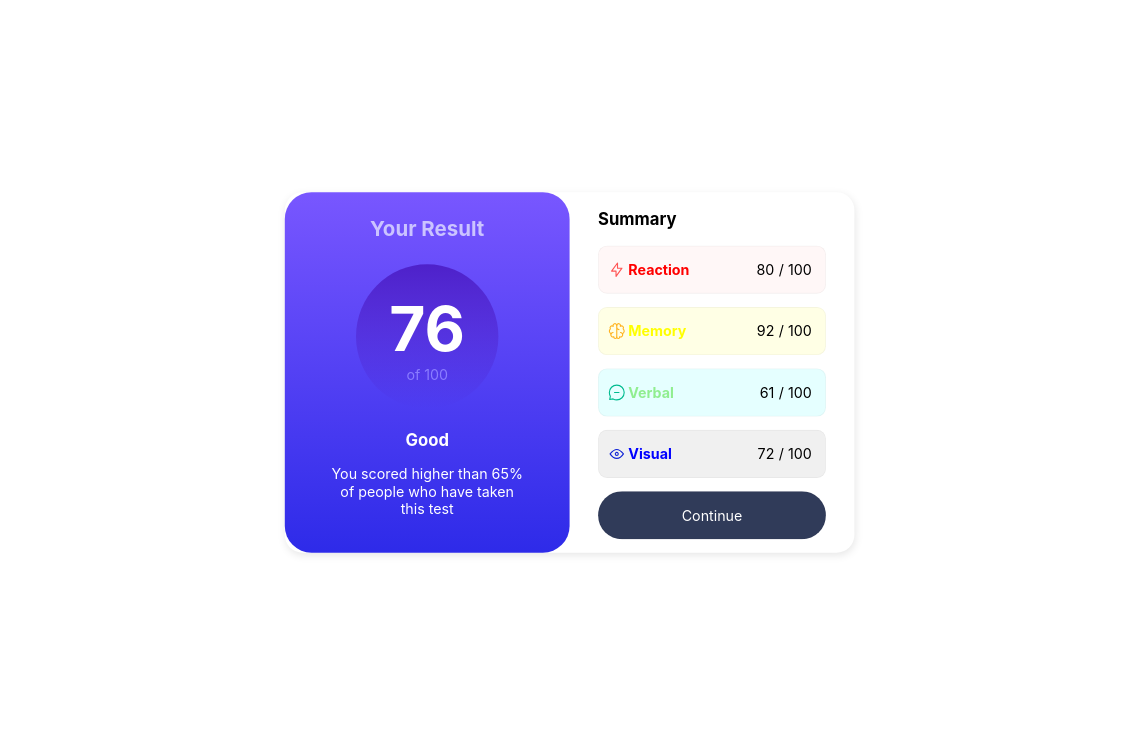
Repository: JeanPaulBassil/Result-Summary-Design
Page: /
An editor plug-in stored every save of this project. The page is shown before and after the next save, followed by the edit.
The browser window is 1280 px wide. The pictures show the whole page, at 89% of full size.
The project was rebuilt for these pictures with package versions that can differ from the ones it lists, and the page was loaded fresh each time.

Above is the page before, as saved 2023-02-24 18:28:41.

### src/index.css
body {
  margin: 0;
  font-family: -apple-system, BlinkMacSystemFont, 'Segoe UI', 'Roboto', 'Oxygen',
    'Ubuntu', 'Cantarell', 'Fira Sans', 'Droid Sans', 'Helvetica Neue',
    sans-serif;
  -webkit-font-smoothing: antialiased;
  -moz-osx-font-smoothing: grayscale;
}

code {
  font-family: source-code-pro, Menlo, Monaco, Consolas, 'Courier New',
    monospace;
}

.app{
  width: 50vw;
  height: 100vh;
  box-shadow: 1px 3px 10px rgba(0, 0, 0, .1);
  border-radius: 20px;
  display: block;
  margin: 30vh auto;
  display: grid;
  grid-template-columns: minmax(250px, 1fr) minmax(250px, 1fr);
  height: auto;
}

@media (max-width: 1125){

}

### src/App.js
import Result from "./Components/Result/Result"
import Summary from "./Components/Summary/Summary"

export default function App() {
    return (
        <div className="app">
            <Result />
            <Summary />
        </div>
    )
};

### src/Components/Result/Result.js
import Description from "../Description/Description";
import Grade from "../Grade/Grade";
import data from "../../data.json";
import "./Result.css"

export default function Result() {
    const score = Math.floor(data.reduce((totalGrade, category) => totalGrade + category.score , 0) / data.length)

    return (
        <div className="result">
            <h3>Your Result</h3>
            <Grade score={score}/>
            <Description score={score}/>
        </div>
    )
};

### src/Components/Summary/Summary.js
import data from "../../data.json"
import './Summary.css'

export default function Summary() {
    const summary = data.map(part => {
        return (
            <div className={`part ${part.color}`}>
                <div>
                    <img className="icon" src={part.icon} alt={part.category}/>
                    <h4>{part.category}</h4>
                </div>
                <div className="secGrade">
                    <p>{part.score}</p>
                    <p>/ 100</p>
                </div>
            </div>
        )
    })

    return (
        <div className="summary">
            <h3>Summary</h3>
            <div>
                {summary}
            </div>
            <div className="button">
                <p>Continue</p>
            </div>
        </div>
    )
};

### src/Components/Description/Description.js
import "./Description.css"

export default function Description({score}) {
    const performance = _ => {
        if (score >= 90) return ['Excellent', `You scored higher than 85% of people who have taken this test`]
        else if (score >= 80) return ['Great', `You scored higher than 75% of people who have taken this test`]
        else if (score >= 70) return ['Good', `You scored higher than 65% of people who have taken this test`]
        else if (score >= 60) return ['Not enough', `You're above nearly half the people who have taken this test`]
        else return ['Fail', `Most people who have taken this test passed over you`]
    }

    return (
        <div className="description">
            <h3>{performance()[0]}</h3>
            <p>{performance()[1]}</p>
        </div>
    )
};

### src/Components/Grade/Grade.js
import "./Grade.css"

export default function Grade({score}) {
    return (
        <div className="grade">
            <h1>{score}</h1>
            <p>of 100</p>
        </div>
    )
};

### src/data.json


[
  {
    "category": "Reaction",
    "score": 80,
    "icon": "./assets/images/icon-reaction.svg",
    "color": "red"
  },
  {
    "category": "Memory",
    "score": 92,
    "icon": "./assets/images/icon-memory.svg",
    "color": "yellow"
  },
  {
    "category": "Verbal",
    "score": 61,
    "icon": "./assets/images/icon-verbal.svg",
    "color": "green"
  },
  {
    "category": "Visual",
    "score": 72,
    "icon": "./assets/images/icon-visual.svg",
    "color": "blue"
  }
]

### src/Components/Result/Result.css
.result {
    display: grid;
    grid-template-rows: 1fr 2fr 2fr;
    align-items: center;
    justify-items: center;
    height: 100%;
    width: 100%;
    background-image: linear-gradient(to bottom,hsl(252, 100%, 67%), hsl(241, 81%, 54%));
    border-radius: 30px;
    color: white;
}

.result > h3 {
    font-size: 23px;
    color: #cbc4ff;
}

### src/Components/Summary/Summary.css
.part {
    display: flex;
    justify-content: space-between;
    border: 1px solid rgba(0, 0, 0, .04);
    margin-bottom: 15px;
    border-radius: 10px;
    padding: 0 10px;
}

.button {
    display: flex;
    justify-content: center;
    border: 1px solid rgba(0, 0, 0, .04);
    margin-bottom: 15px;
    border-radius: 50px;
    padding: 0 10px;
    background-color: #303b59;
    color: white

}

.button:hover {
    cursor: pointer;
}

.icon {
    margin-right: 3px
}

.summary {
    padding: 0 2rem;
    display: flex;
    flex-direction: column;
    justify-content: center;
}

.summary > h3 {
    align-self: flex-start;
}

.part > div {
    display: flex;
    align-items: center;
    justify-content: center;
}

.secGrade > p {
    /* display: inline; */
    margin-right: 5px;
}

.red {
    background-color: rgba(255, 0, 0, 0.03);
}

.red > div > h4 {
    margin: 0;
    color: red;
}

.yellow {
    background-color: rgba(255, 255, 0, 0.1);
}

.yellow > div > h4 {
    margin: 0;
    color: yellow;
}

.green {
    background-color: rgba(0, 255, 255, 0.1);
}

.green > div > h4 {
    margin: 0;
    color: lightgreen;
}

.blue {
    background-color: rgba(0, 0, 0, 0.06);
}

.blue > div > h4 {
    margin: 0;
    color: blue;
}

### src/Components/Description/Description.css
.description {
    display: flex;
    flex-direction: column;
    align-items: center;
    justify-content: center;
}

.description > p{
    inline-size: 220px;
    text-align: center;
}

.description > h3 {
    margin: 0;
}

### src/Components/Grade/Grade.css
.grade {
    display: flex;
    flex-direction: column;
    justify-content: center;
    align-items: center;
    background-image: linear-gradient(to bottom, hsla(256, 72%, 46%, 1), hsla(241, 72%, 46%, 0));
    border-radius: 50%;
    inline-size: 50%;
    block-size: 100%;
}

.grade > h1 {
    margin: 0;
    font-size: 70px;
}

.grade > p {
    margin: 0;
    color: #8a7cff;
}

Loaded but not shown: public/index.html (common file); src/index.js (common file)

After the next save:
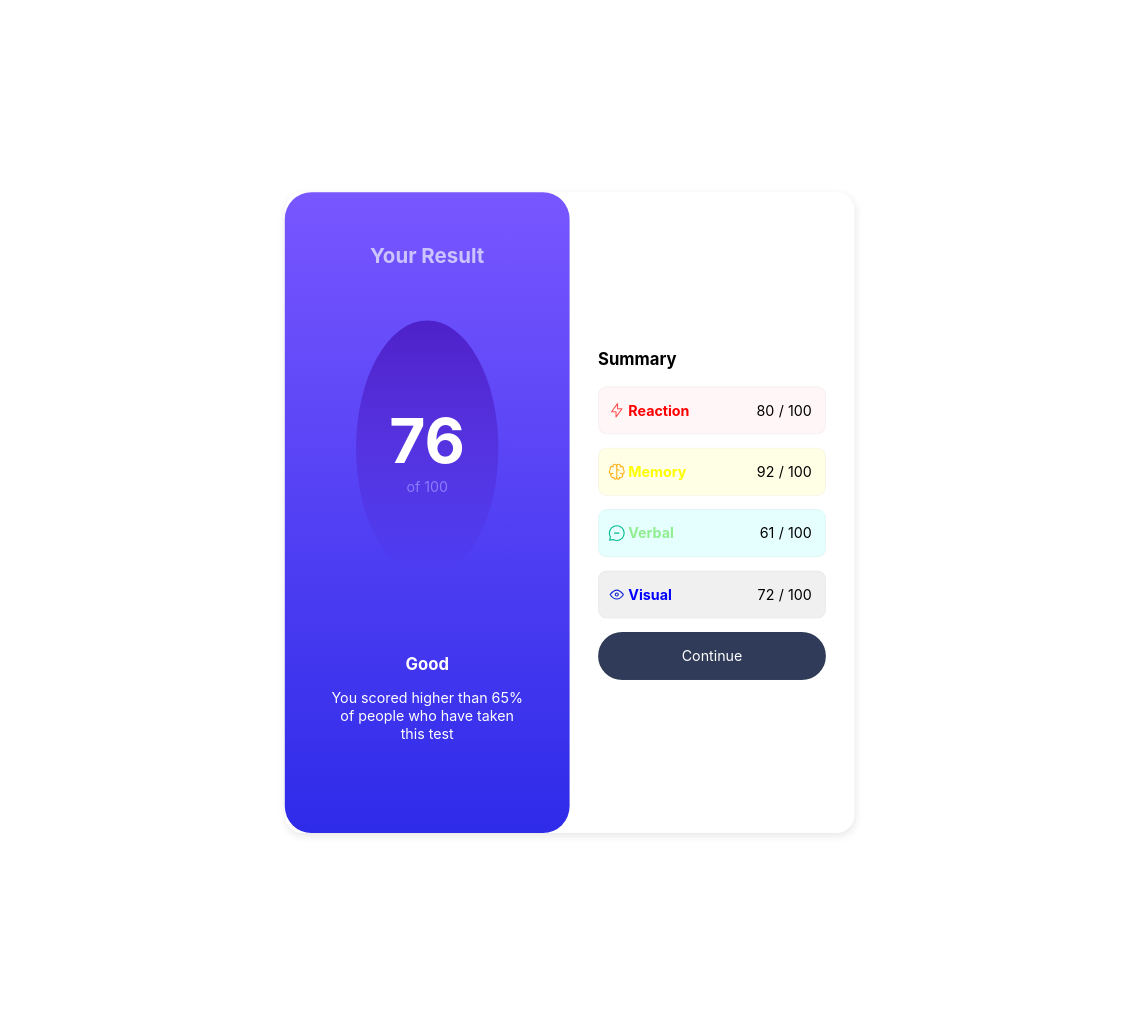
Saved 91 s later.
--- a/src/index.css
+++ b/src/index.css
@@ -21,7 +21,7 @@
   margin: 30vh auto;
   display: grid;
   grid-template-columns: minmax(250px, 1fr) minmax(250px, 1fr);
-  height: auto;
+  /* height: auto; */
 }
 
 @media (max-width: 1125){

After the 2 saves that followed:
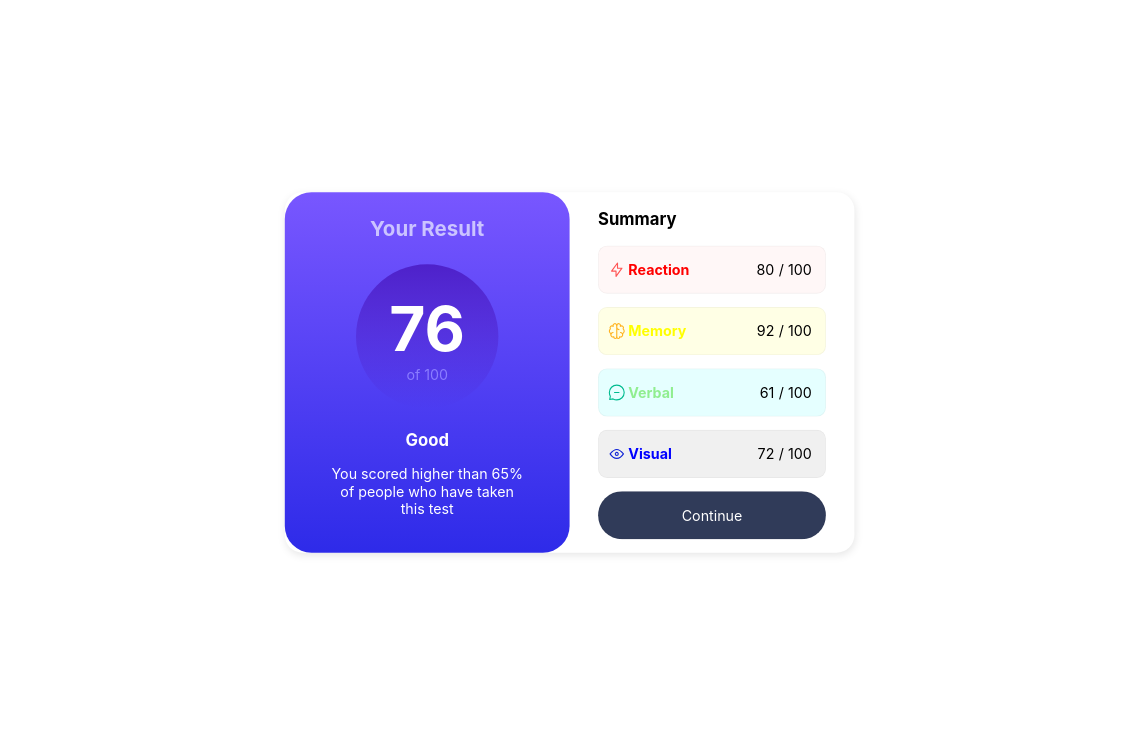
The 2 saves are shown as one change because they came seconds apart.
The last was saved 6 s later.
--- a/src/index.css
+++ b/src/index.css
@@ -14,14 +14,14 @@
 
 .app{
   width: 50vw;
-  height: 100vh;
+  /* height: 100vh; */
   box-shadow: 1px 3px 10px rgba(0, 0, 0, .1);
   border-radius: 20px;
   display: block;
   margin: 30vh auto;
   display: grid;
   grid-template-columns: minmax(250px, 1fr) minmax(250px, 1fr);
-  /* height: auto; */
+  height: auto;
 }
 
 @media (max-width: 1125){
